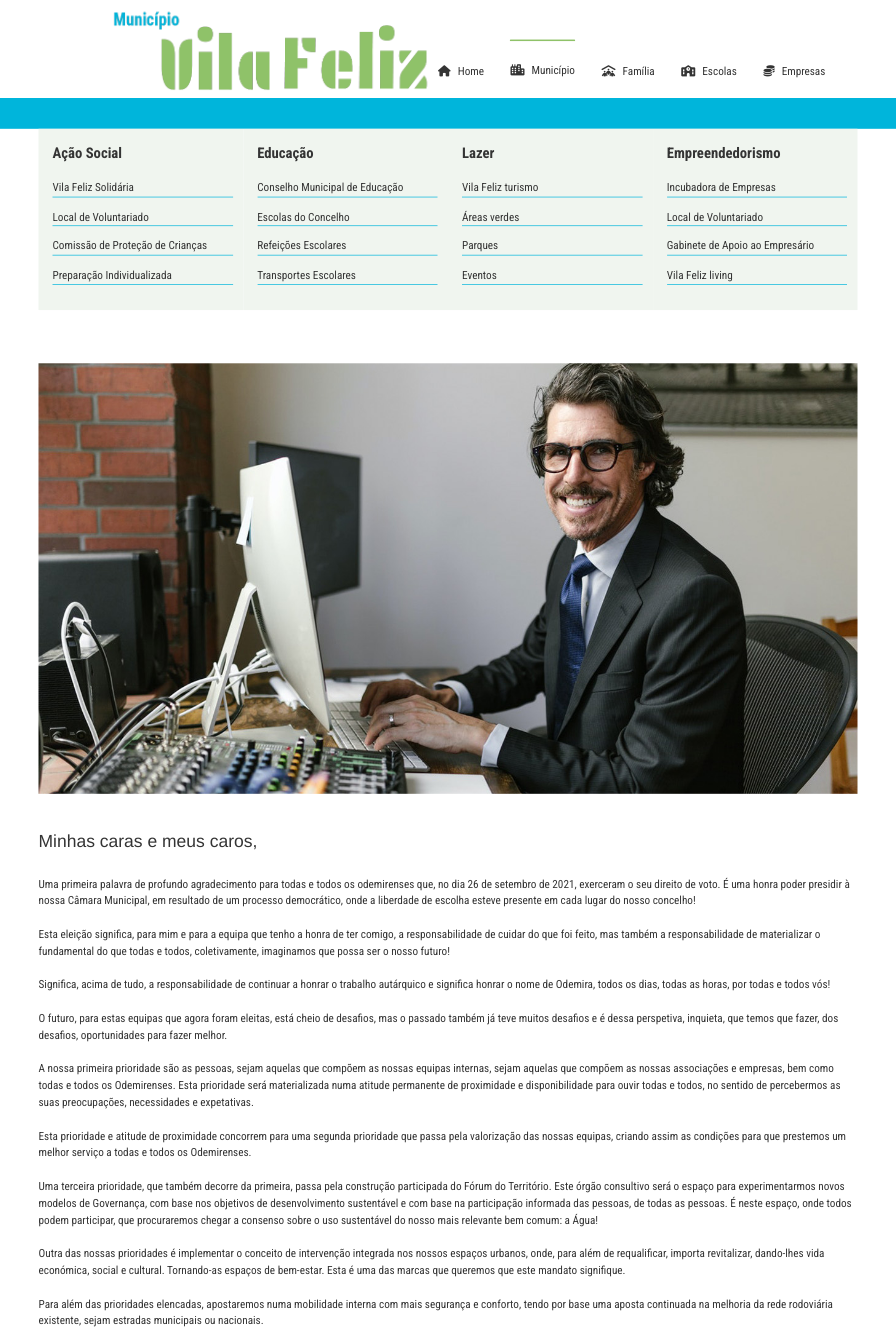
Repository: Goulart94/CmVilaFeliz
Page: municipio.html
These files come from the project's save history. The page is drawn as it stood at one moment and after the next save; the edit follows.
The browser window is 1280 px wide. The pictures show the part of the page from y = 0 to 1920 px (the page is 2803 px tall), at 70% of full size.
Some web libraries are served in a nearby version. The style sheet was rebuilt from its Sass, Less or Tailwind sources for each picture, by a compiler version that may differ from the author's.

Above is the page before, as saved 2022-05-18 00:59:35.

After the next save:
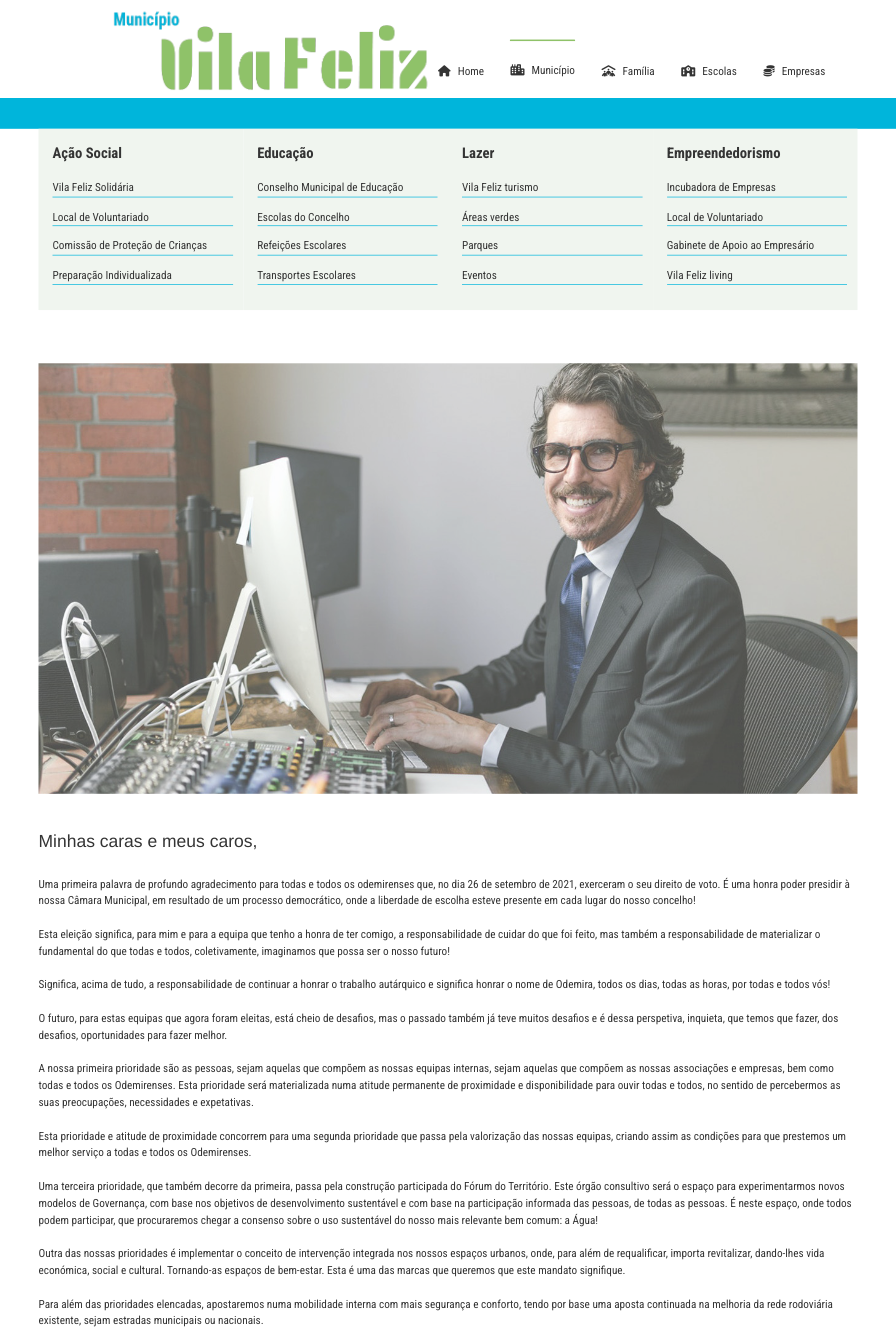
Saved 3 min 38 s later.
--- a/css/styleCity/app.scss
+++ b/css/styleCity/app.scss
@@ -230,6 +230,10 @@
     margin-top: 76px;
     margin-bottom: 76px;
 
+    img{
+      opacity: 0.7;
+    }
+
     .conatainerText{
       p{
         margin-top: 50px;
